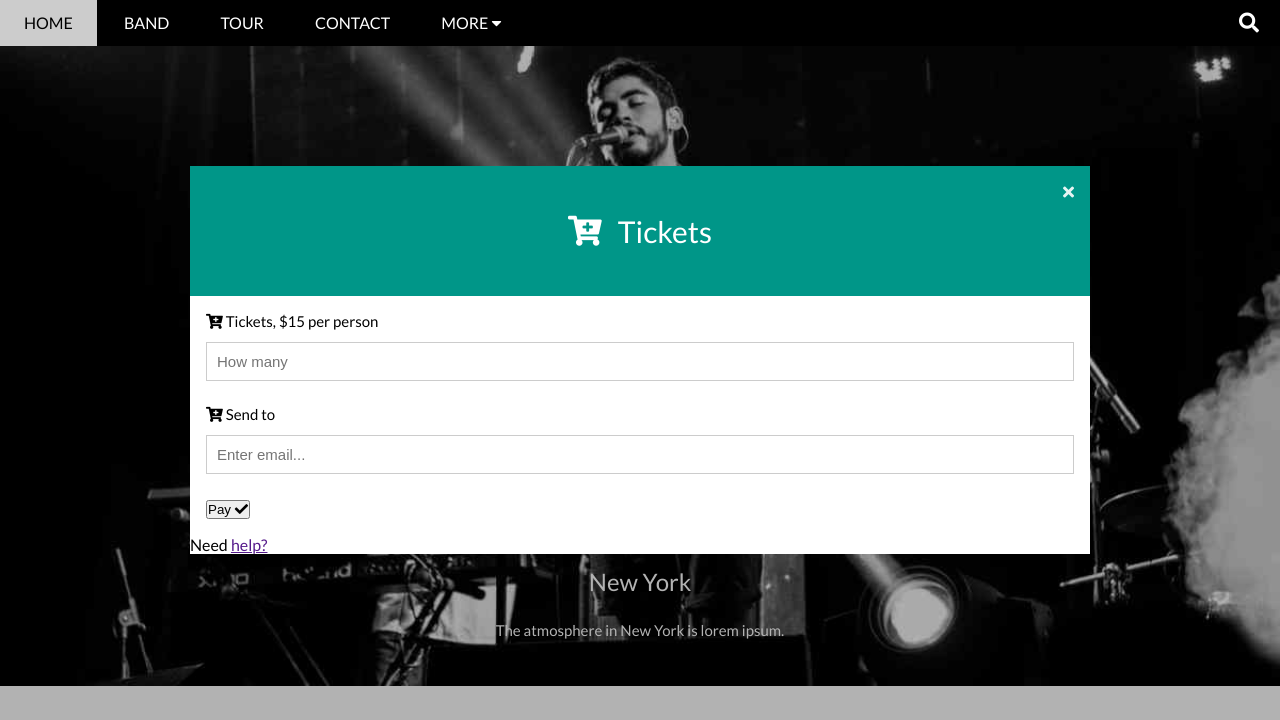
Repository: phunobi1807/theband
Page: index.html
An editor plug-in stored every save of this project. The page is shown before and after the next save, followed by the edit.
The browser window is 1280 px wide. The pictures show the window.
A layer covers the whole window, so only the first screen is drawn.

Above is the page before, as saved 2021-07-16 20:16:35.

After the next save:
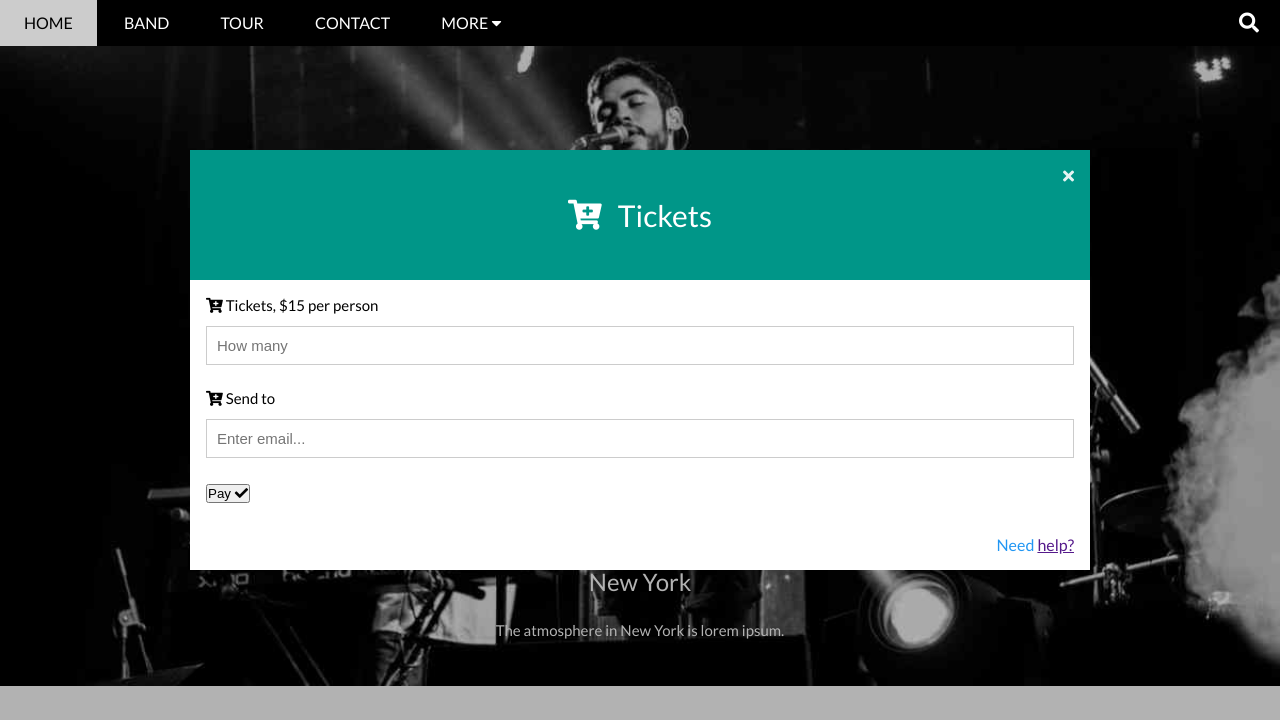
Saved 58 s later.
--- a/assets/css/style.css
+++ b/assets/css/style.css
@@ -357,3 +357,9 @@ html {
 {
     opacity: 0.9;
 }
+.modal-footer
+{
+    padding: 16px;
+    text-align: right;
+    color: #2196F3;
+}
